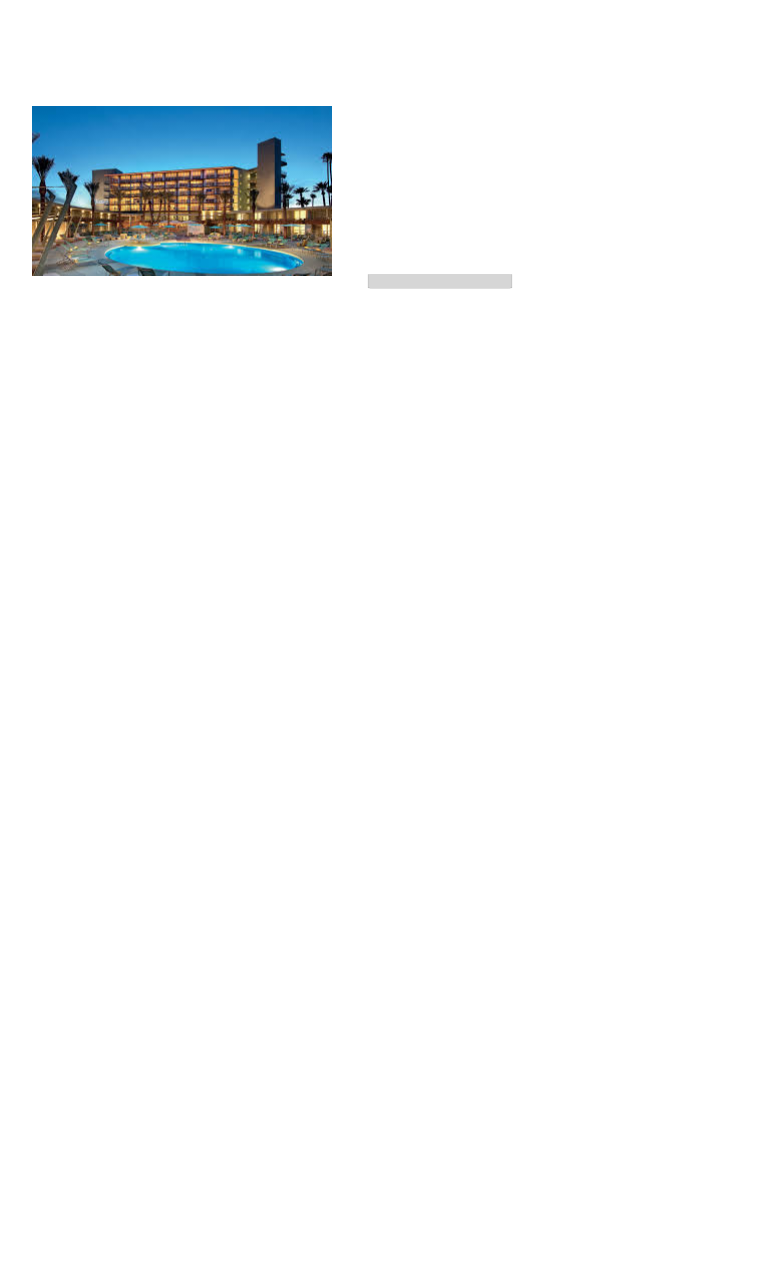
Repository: alyssialui/NCMS
Layout: CodeSprint/HotelLocator/res/layout/activity_featured.xml
An editor plug-in stored every save of this project. The layout is shown before and after the next save, followed by the edit.
It is drawn on a 768 x 1280 px phone screen (xhdpi) without system bars, with theme AppTheme; the app's code is not run. Lists and similar views that code fills are empty.

Above is the layout before, as saved 2013-04-07 21:54:12.

### CodeSprint/HotelLocator/res/layout/activity_featured.xml
<RelativeLayout xmlns:android="http://schemas.android.com/apk/res/android"
    xmlns:tools="http://schemas.android.com/tools"
    android:layout_width="match_parent"
    android:layout_height="match_parent"
    android:paddingBottom="@dimen/activity_vertical_margin"
    android:paddingLeft="@dimen/activity_horizontal_margin"
    android:paddingRight="@dimen/activity_horizontal_margin"
    android:paddingTop="@dimen/activity_vertical_margin"
    tools:context=".FeaturedActivity" >

    <TextView
        android:id="@+id/hotelName"
        android:layout_width="wrap_content"
        android:layout_height="wrap_content"
        android:layout_alignParentTop="true"
        android:layout_centerHorizontal="true"
        android:textAppearance="?android:attr/textAppearanceLarge" />

    <ImageView
        android:id="@+id/imageView1"
        android:layout_width="150dp"
        android:layout_height="100dp"
        android:layout_alignParentLeft="true"
        android:layout_below="@+id/hotelName"
        android:src="@drawable/images" />

    <TextView
        android:id="@+id/hotelDescription"
        android:layout_width="wrap_content"
        android:layout_height="wrap_content"
        android:layout_alignTop="@+id/imageView1"
        android:layout_marginLeft="14dp"
        android:layout_marginTop="18dp"
        android:layout_toRightOf="@+id/imageView1"
        android:textAppearance="?android:attr/textAppearanceMedium" />

    <ListView
        android:id="@+id/listView1"
        android:layout_width="match_parent"
        android:layout_height="286dp"
        android:layout_alignLeft="@+id/imageView1"
        android:layout_alignParentBottom="true" >
    </ListView>

    <Button
        android:id="@+id/button1"
        android:layout_width="80dp"
        android:layout_height="10dp"
        android:layout_alignBottom="@+id/imageView1"
        android:layout_alignLeft="@+id/hotelDescription"
        android:layout_toRightOf="@+id/imageView1"
        android:text="See More"
        android:textSize="12sp" />

</RelativeLayout>

Loaded but not shown: CodeSprint/HotelLocator/res/values/styles.xml (common file); CodeSprint/HotelLocator/res/values-v11/styles.xml (common file); CodeSprint/HotelLocator/res/values-v14/styles.xml (common file); CodeSprint/HotelLocator/res/values/dimens.xml (common file)

After the next save:
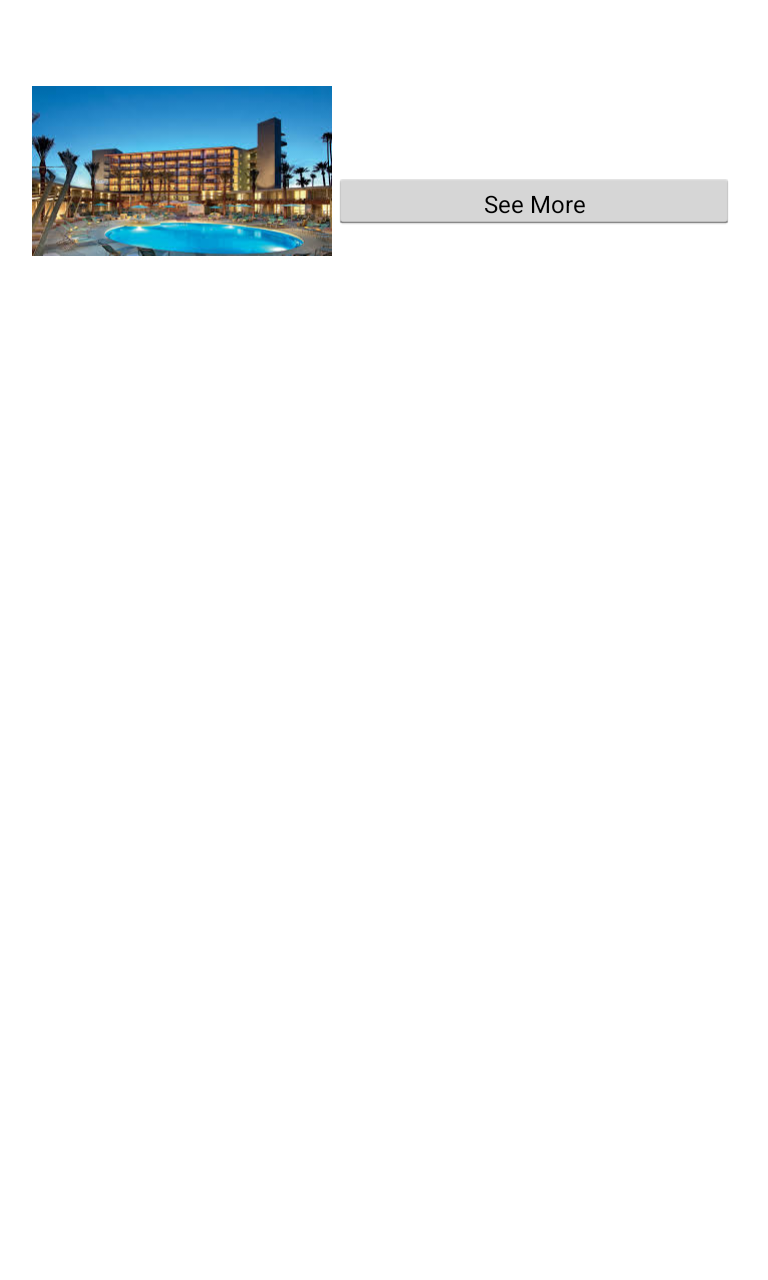
Saved 4 min 50 s later.
--- a/CodeSprint/HotelLocator/res/layout/activity_featured.xml
+++ b/CodeSprint/HotelLocator/res/layout/activity_featured.xml
@@ -10,29 +10,43 @@
 
     <TextView
         android:id="@+id/hotelName"
-        android:layout_width="wrap_content"
+        android:layout_width="match_parent"
         android:layout_height="wrap_content"
         android:layout_alignParentTop="true"
         android:layout_centerHorizontal="true"
-        android:textAppearance="?android:attr/textAppearanceLarge" />
+        android:textSize="20sp" />
 
     <ImageView
         android:id="@+id/imageView1"
         android:layout_width="150dp"
-        android:layout_height="100dp"
+        android:layout_height="85dp"
         android:layout_alignParentLeft="true"
         android:layout_below="@+id/hotelName"
         android:src="@drawable/images" />
 
-    <TextView
-        android:id="@+id/hotelDescription"
-        android:layout_width="wrap_content"
+    <LinearLayout
+        android:layout_width="match_parent"
         android:layout_height="wrap_content"
-        android:layout_alignTop="@+id/imageView1"
-        android:layout_marginLeft="14dp"
-        android:layout_marginTop="18dp"
         android:layout_toRightOf="@+id/imageView1"
-        android:textAppearance="?android:attr/textAppearanceMedium" />
+        android:layout_below="@+id/hotelName"
+        android:orientation="vertical" >
+
+        <TextView
+            android:id="@+id/hotelDescription"
+            android:layout_width="match_parent"
+            android:layout_height="wrap_content"
+            android:layout_marginLeft="14dp"
+            android:layout_marginTop="18dp"
+            android:textAppearance="?android:attr/textAppearanceMedium" />
+
+        <Button
+            android:id="@+id/button1"
+            android:layout_width="match_parent"
+            android:layout_height="30dp"
+            android:text="See More"
+            android:textSize="12sp" />
+
+    </LinearLayout>
 
     <ListView
         android:id="@+id/listView1"
@@ -42,14 +56,4 @@
         android:layout_alignParentBottom="true" >
     </ListView>
 
-    <Button
-        android:id="@+id/button1"
-        android:layout_width="80dp"
-        android:layout_height="10dp"
-        android:layout_alignBottom="@+id/imageView1"
-        android:layout_alignLeft="@+id/hotelDescription"
-        android:layout_toRightOf="@+id/imageView1"
-        android:text="See More"
-        android:textSize="12sp" />
-
 </RelativeLayout>
